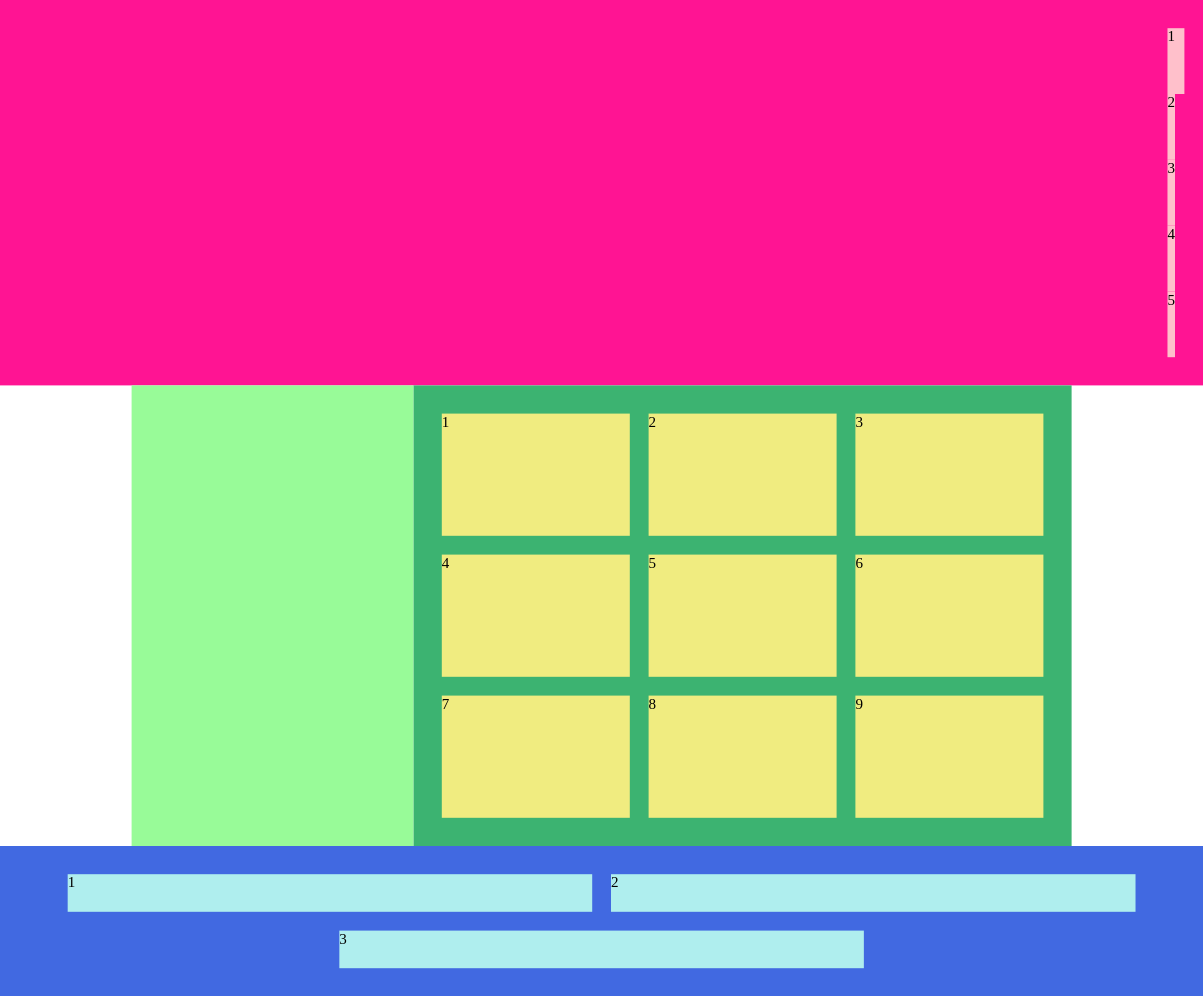
Repository: TsuKou/MainContents
Page: flex1/flex1.html
The author's editor kept a record of every edit. The page is drawn from the files as they stood at one moment, then again after the next edit.
The browser window is 1280 px wide. The pictures show the whole page, at 94% of full size.

Above is the page before.

### flex1/flex1.html
<!DOCTYPE>
<html lang="ja">

  <head>
    <meta charset="UTF-8" />
    <link rel="stylesheet" href="flex1.css" />
    <title>flex_ensyuu</title>
  </head>

  <body>

      <header>
        <div class="h-box-g">
          <div class="h-box">1</div>
          <div class="h-box">2</div>
          <div class="h-box">3</div>
          <div class="h-box">4</div>
          <div class="h-box">5</div>
        </div>
      </header>

      <main>
        <div class="main-L"></div>
        <div class="main-R">
          <div class="box">1</div>
          <div class="box">2</div>
          <div class="box">3</div>
          <div class="box">4</div>
          <div class="box">5</div>
          <div class="box">6</div>
          <div class="box">7</div>
          <div class="box">8</div>
          <div class="box">9</div>
        </div>
      </main>

      <footer>
        <div class="f-box-g">
          <div class="f-box">1</div>
          <div class="f-box">2</div>
          <div class="f-box">3</div>
        </div>
      </footer>

  </body>
</html>

### flex1/flex1.css
* {
  margin: 0;
  padding: 0;
  box-sizing: border-box;
}

header {
  background-color: #ff1493;
  padding: 30px 20px;
  display: flex;
  justify-content: flex-end;
}

.h-box > div {
  background-color: #ffc0cb;
  flex-basis: 140px;
  height: 70px;
  margin: 0 10px;
}


.h-box-g > :first-child {
  margin-right: auto;
}

.h-box-g > div {
  background-color: #ffc0cb;
  height: 70px;
  flex-basis: 140px;
}

.h-box {
  height: 70px;
  margin: 0 10px;
}

main {
  display: flex;
  justify-content: center;
}

.main-L {
  width: 300px;
  background-color: #98fb98;
}

.main-R {
  max-width: 700px;
  padding: 20px;
  background-color: #3cb371;
  flex-grow: 1;
  display: flex;
  flex-wrap: wrap;
  justify-content: center;
}

.box {
  height: 130px;
  flex-basis: 200px;
  background-color: #f0ec80;
  margin: 10px;
}

footer {
  width: 100%;
  background-color: #4169e1;
}

.f-box-g {
  padding: 20px;
  display: flex;
  flex-wrap: wrap;
  justify-content: center;
}

.f-box-g > div {
  background-color: #afeeee;
  flex-basis: 45%;
}

.f-box {
  max-width: 600px;
  height: 40px;
  margin: 10px;
}

After the next edit:
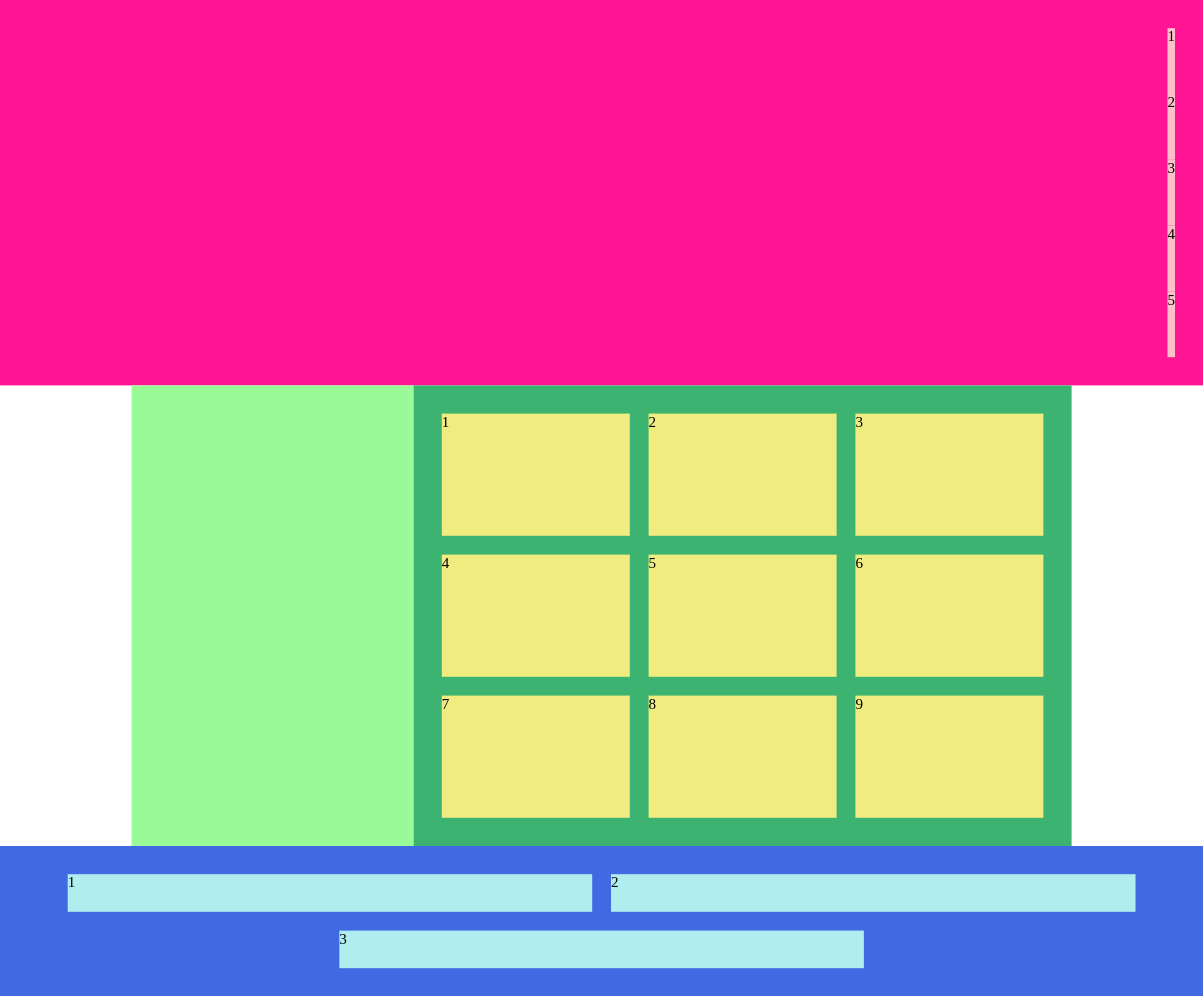
The edit:
--- a/flex1/flex1.css
+++ b/flex1/flex1.css
@@ -19,7 +19,7 @@
 }
 
 
-.h-box-g > :first-child {
+.h-box > :first-child {
   margin-right: auto;
 }
 
